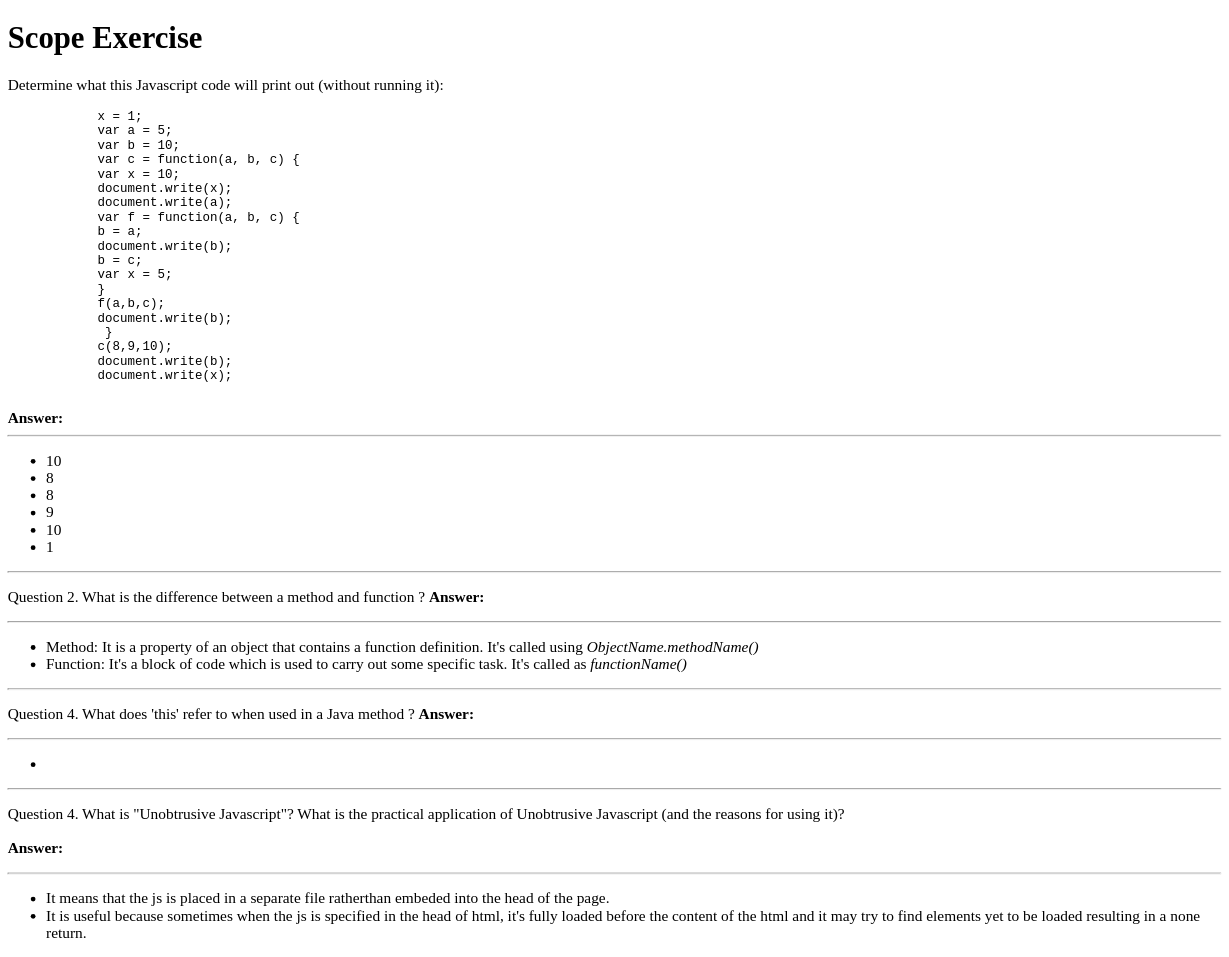
Repository: bethelbahiru/WAP
Page: Homework3/scope.html
These files come from the project's save history. The page is drawn as it stood at one moment and after the next save; the edit follows.
The browser window is 1280 px wide. The pictures show the whole page, at 96% of full size.

Above is the page before, as saved 2022-01-18 15:59:01.

### Homework3/scope.html
<!DOCTYPE html>
<html lang="en">
<head>
    <meta charset="UTF-8">
    <meta http-equiv="X-UA-Compatible" content="IE=edge">
    <meta name="viewport" content="width=device-width, initial-scale=1.0">
    <title>Scope Exercise</title>
</head>
<body>
    <h1><strong>Scope Exercise</strong></h1>
    <p> Determine what this Javascript code will print out (without running it):
        <pre>
            x = 1;
            var a = 5;
            var b = 10;
            var c = function(a, b, c) {
            var x = 10;
            document.write(x);
            document.write(a);
            var f = function(a, b, c) {
            b = a;
            document.write(b);
            b = c;
            var x = 5;
            }
            f(a,b,c);
            document.write(b);
             }
            c(8,9,10);
            document.write(b);
            document.write(x);
        </pre>

        <strong>Answer:</strong>
        <hr>
        <ul>
            <li>10</li>
            <li>8</li>
            <li>8</li>
            <li>9</li>
            <li>10</li>
            <li>1</li>
        </ul>
    </p>
    <hr>
    <p>Question 2.  What is the difference between a method and function ?

        <strong>Answer:</strong>
        <hr>
        <ul>
            <li>Method: It is a property of an object that contains a function definition. It's called using <em>ObjectName.methodName()</em></li>
            <li>Function: It's a block of code which is used to carry out some specific task. It's called as <em>functionName()</em></li>
        </ul>
    </p>
    <hr>
    <p>Question 4. What does 'this' refer to when used in a Java method ?
        <strong>Answer:</strong>
        <hr>
        <ul>
            <li></li>
        </ul>
    </p>
    <hr>
    <p>Question 4. What is "Unobtrusive Javascript"? What is the practical application of Unobtrusive Javascript (and the reasons
        for using it)?
        <br/>
        <br/>
        <strong>Answer:</strong>
        <hr>
        <ul>
            <li>It means that the js is placed in a separate file ratherthan embeded into the head of the page.</li>
            <li>It is useful because sometimes when the js is specified in the head of html, it's fully loaded before the content of the html and it may try to find elements yet to be loaded resulting in a none return.</li>
        </ul>
    </p>

</body>
</html>

After the next save:
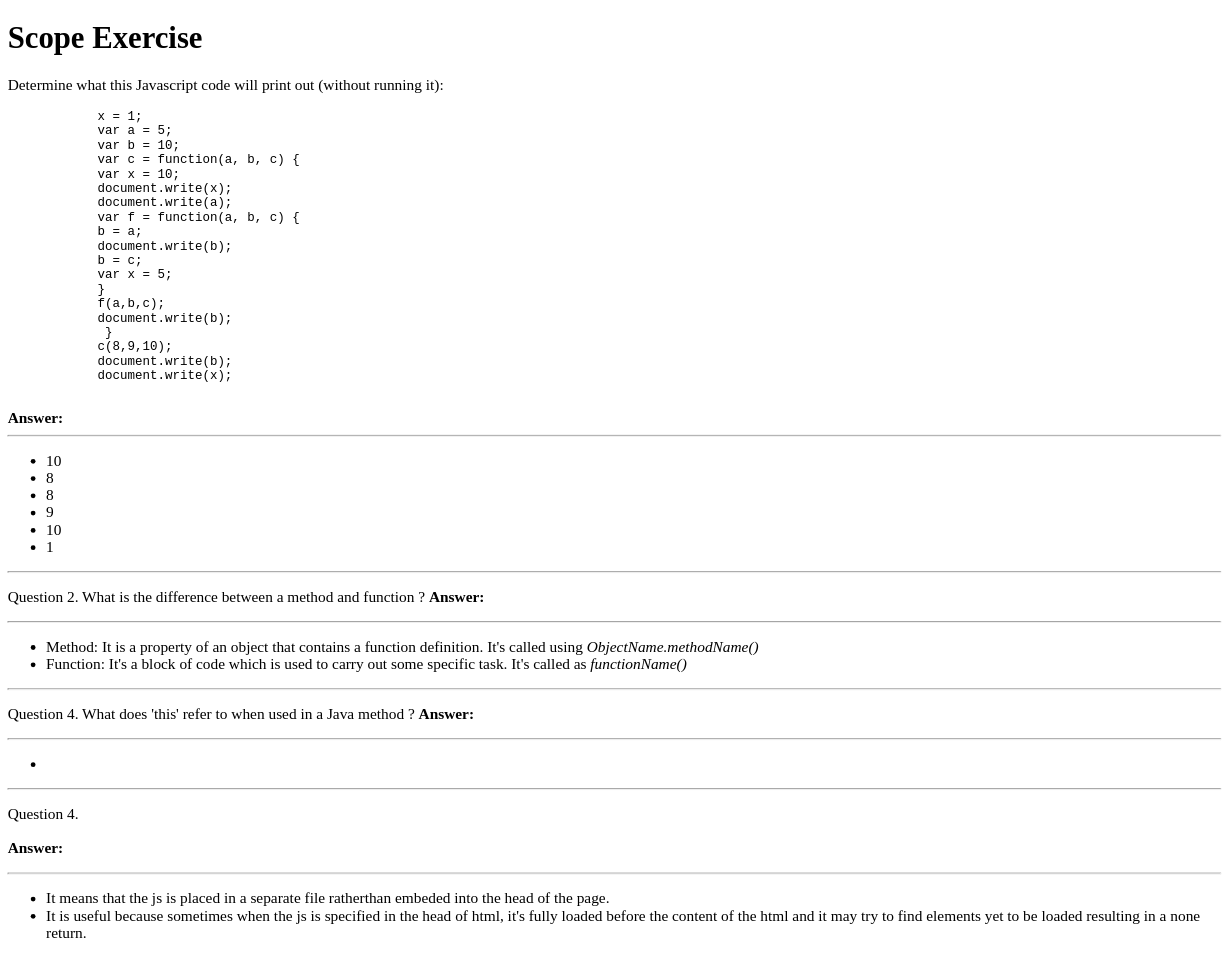
Saved 5 min 17 s later.
--- a/Homework3/scope.html
+++ b/Homework3/scope.html
@@ -61,8 +61,7 @@
         </ul>
     </p>
     <hr>
-    <p>Question 4. What is "Unobtrusive Javascript"? What is the practical application of Unobtrusive Javascript (and the reasons
-        for using it)?
+    <p>Question 4.
         <br/>
         <br/>
         <strong>Answer:</strong>
